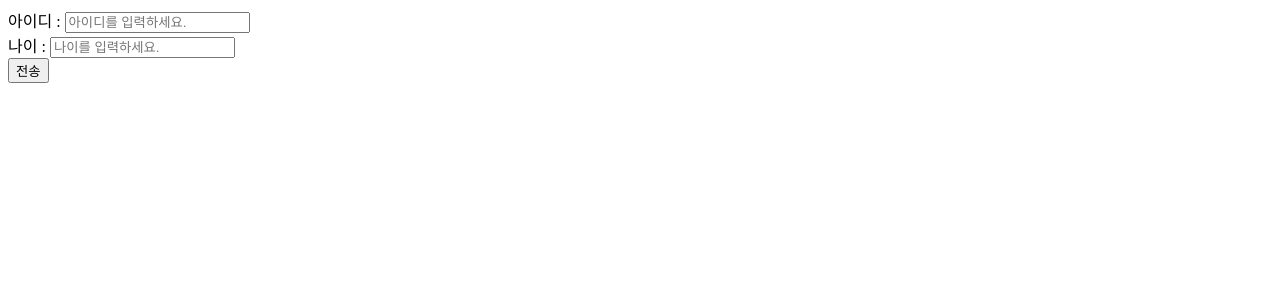
Repository: pro-hk/jsp
Page: http://localhost/chap02/Param.jsp
An editor plug-in stored every save of this project. The page is shown before and after the next save, followed by the edit.
The browser window is 1280 px wide. The pictures show the whole page.
The page is served by Tomcat 9.

Above is the page before, as saved 2022-01-21 04:48:15.

After the next save:
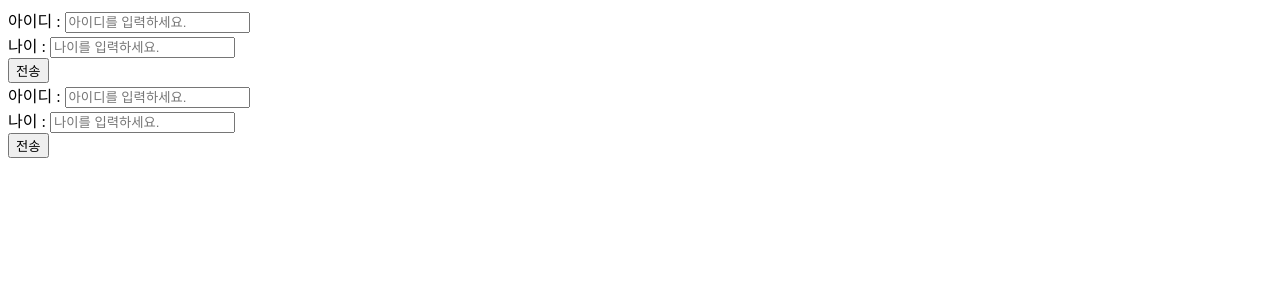
Saved 3 min 28 s later.
--- a/chap02/src/main/webapp/Param.jsp
+++ b/chap02/src/main/webapp/Param.jsp
@@ -13,5 +13,11 @@
 		<!-- <input type="submit" value="전송"> -->
 		<button>전송</button>
 	</form>
+	<form action="ParamServlet" method="post">
+		<div><label>아이디 : <input type="text" name ="user_id" placeholder="아이디를 입력하세요."></label></div>
+		<div><label>나이 : <input type="text" name ="user_age" placeholder="나이를 입력하세요."></label></div>
+		<!-- <input type="submit" value="전송"> -->
+		<button>전송</button>
+	</form>
 </body>
 </html>
